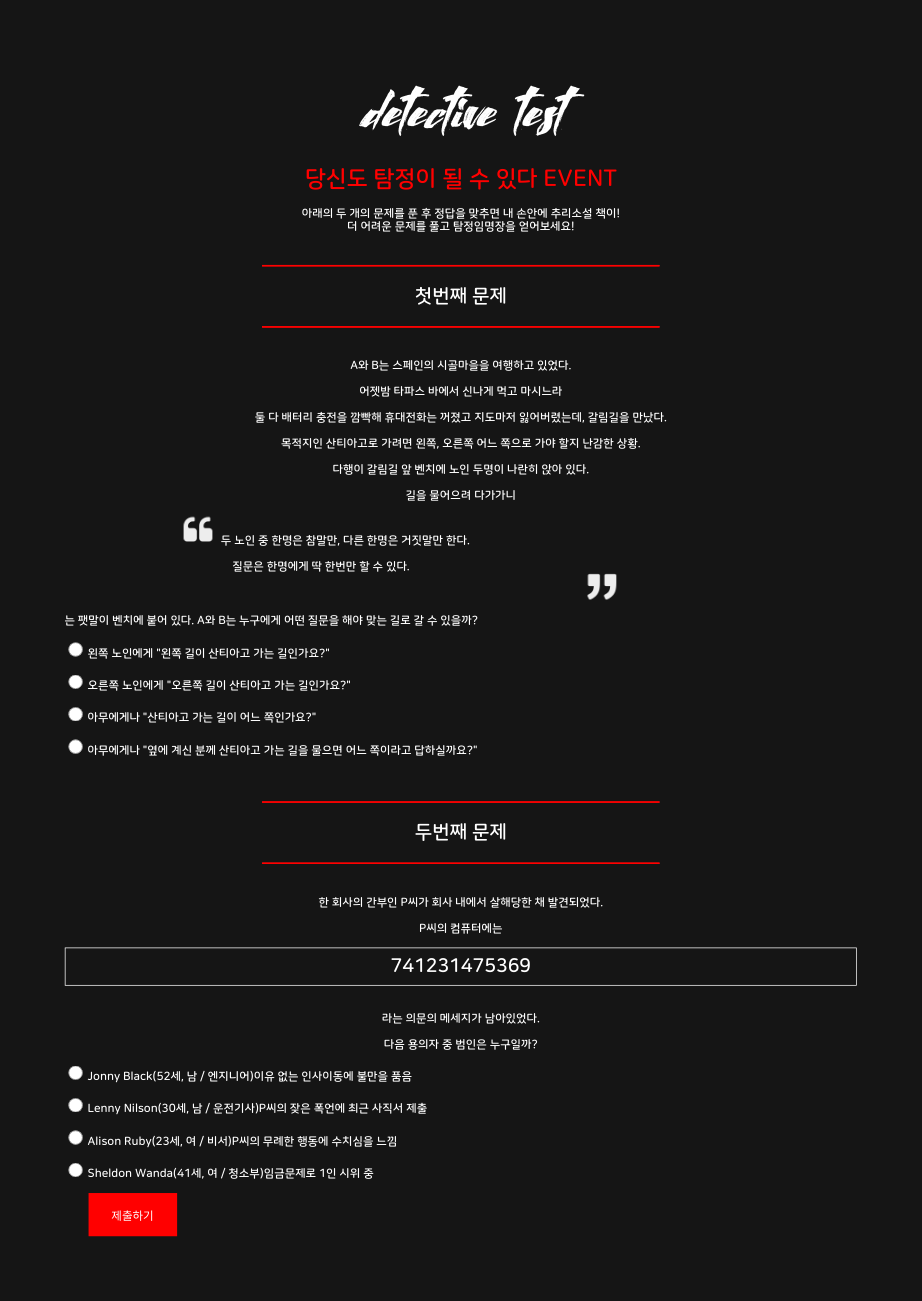
Repository: minkyung0421/Event_Project
Page: http://localhost/Event/quiz.jsp
An editor plug-in stored every save of this project. The page is shown before and after the next save, followed by the edit.
The browser window is 1280 px wide. The pictures show the whole page, at 72% of full size.
The page is served by Tomcat 9.

Above is the page before, as saved 2018-09-04 07:44:58.

After the next save:
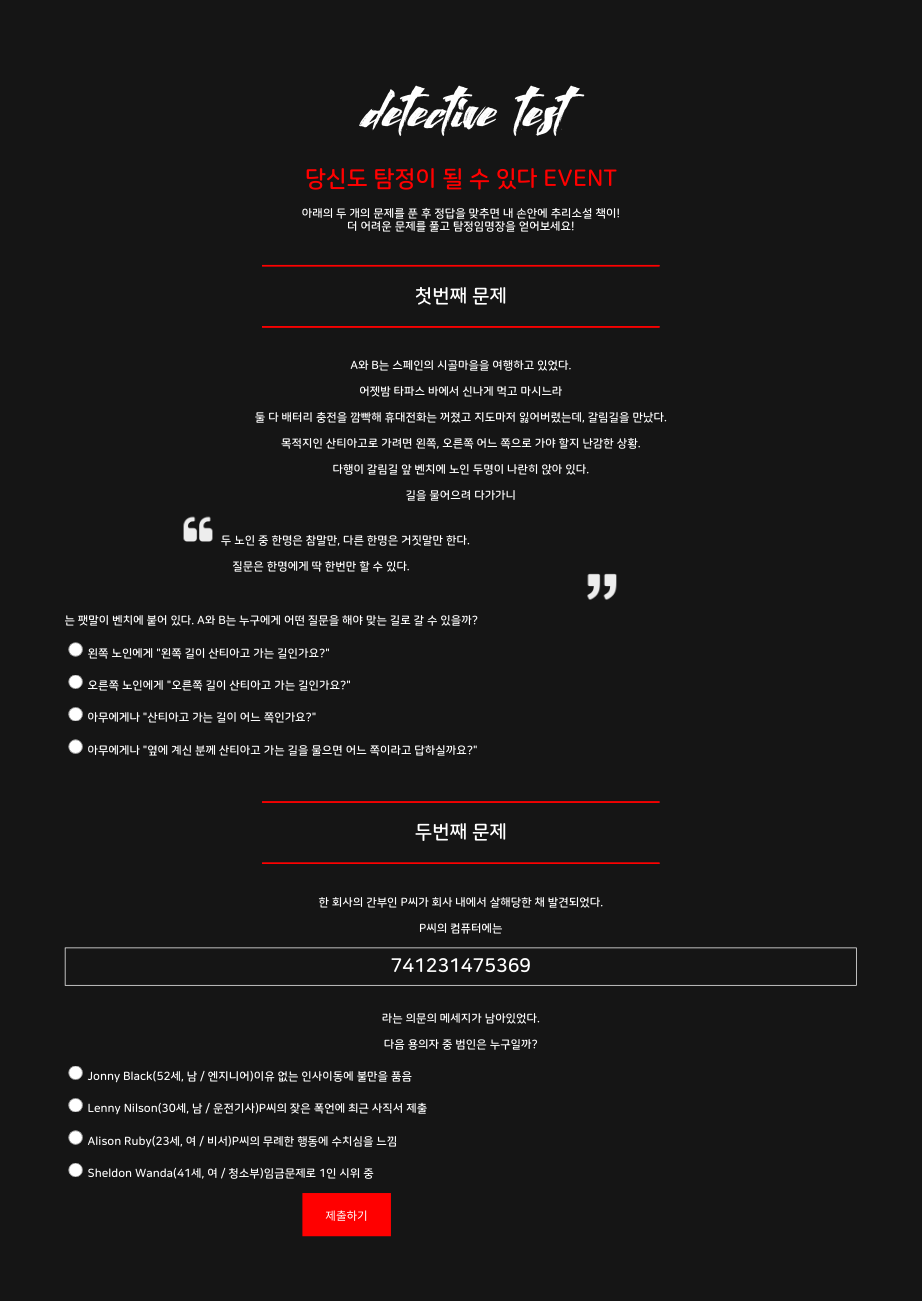
Saved 5 s later.
--- a/Event_Project/Event/WebContent/quiz.jsp
+++ b/Event_Project/Event/WebContent/quiz.jsp
@@ -115,7 +115,7 @@ P씨의 컴퓨터에는<br><br>
 	<label><input type = "radio" name = "quiz2" value = "4" style="width:20px;height:20px;"> Sheldon Wanda(41세, 여 / 청소부)임금문제로 1인 시위 중</label><br><br>
 
 
-	<button style = "margin-left: 3%;">제출하기</button>
+	<button style = "margin-left: 30%;">제출하기</button>
 </form>
 
 </body>
